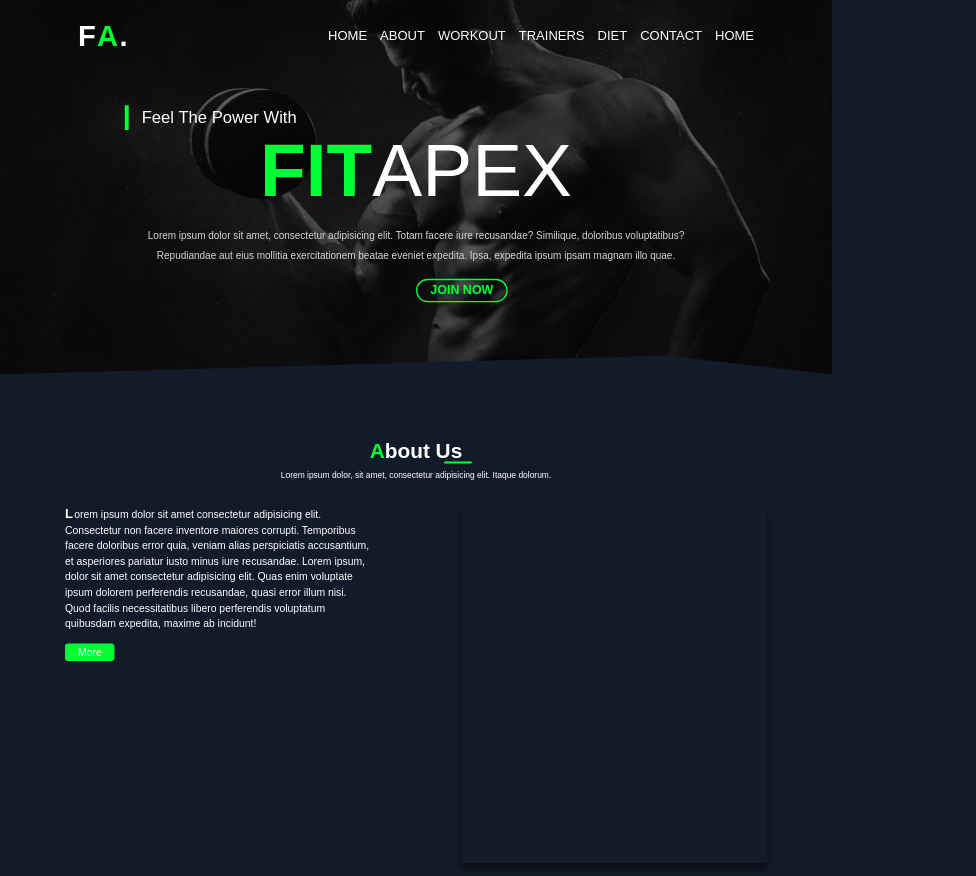
Repository: guilhermecardoso93/fitapex
Page: index.html
The author's editor kept a copy of each file at every save. The page is drawn from the files as they stood at one save, then again after the next save.
The browser window is 1280 px wide. The page is 1280 px wide, then 1501 px, so the pictures cover 1501 px, including what lies to the right of the window. The pictures show the whole page, at 65% of full size.

Above is the page before, as saved 2023-03-05 21:24:32.

After the next save:
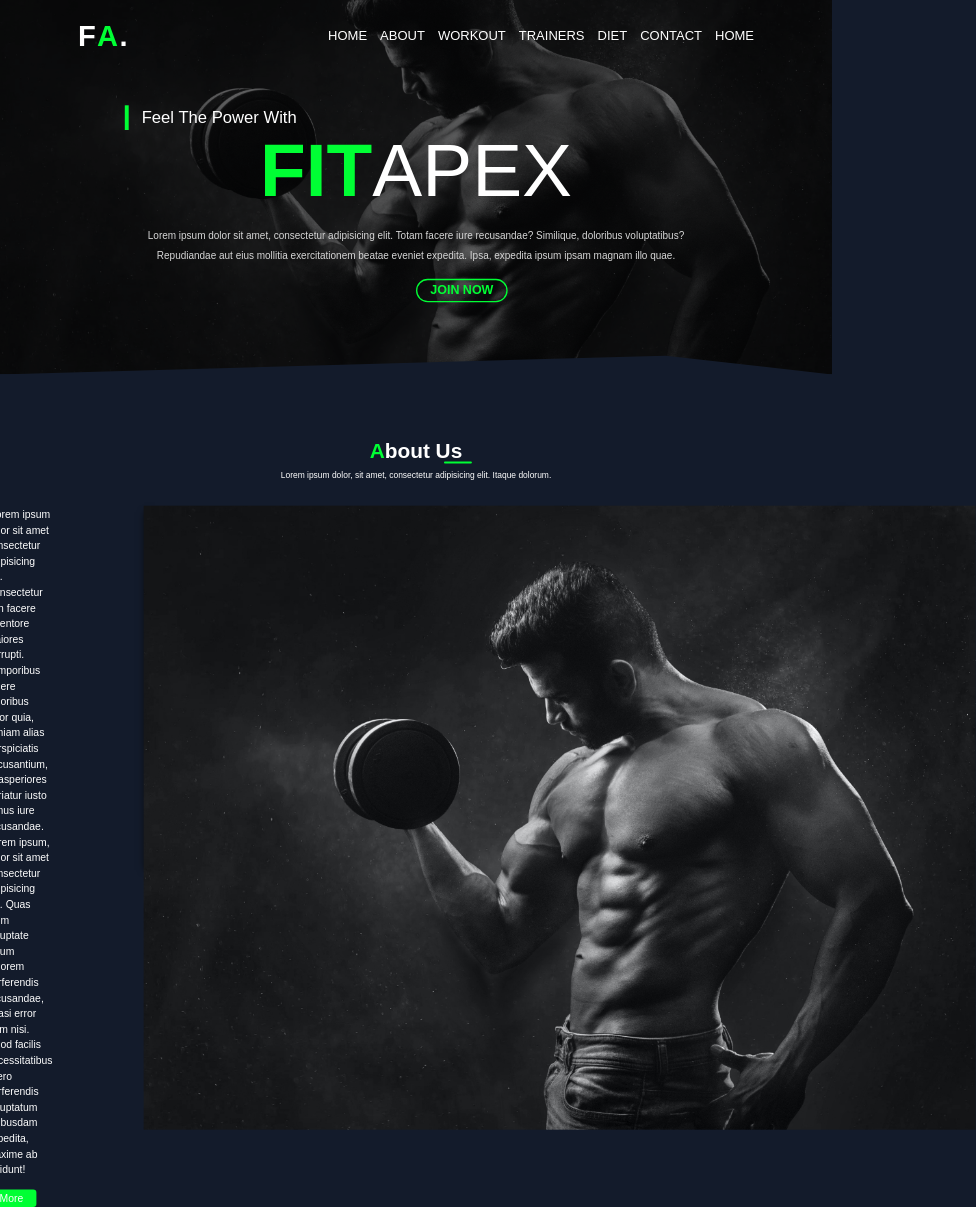
Saved 36 s later.
--- a/index.html
+++ b/index.html
@@ -62,7 +62,7 @@
         </div>
         <div class="cols">
           <div class="box">
-            <img src="" alt="">
+            <img src="./assets/banner.jpg" alt="">
           </div>
         </div>
       </div>
